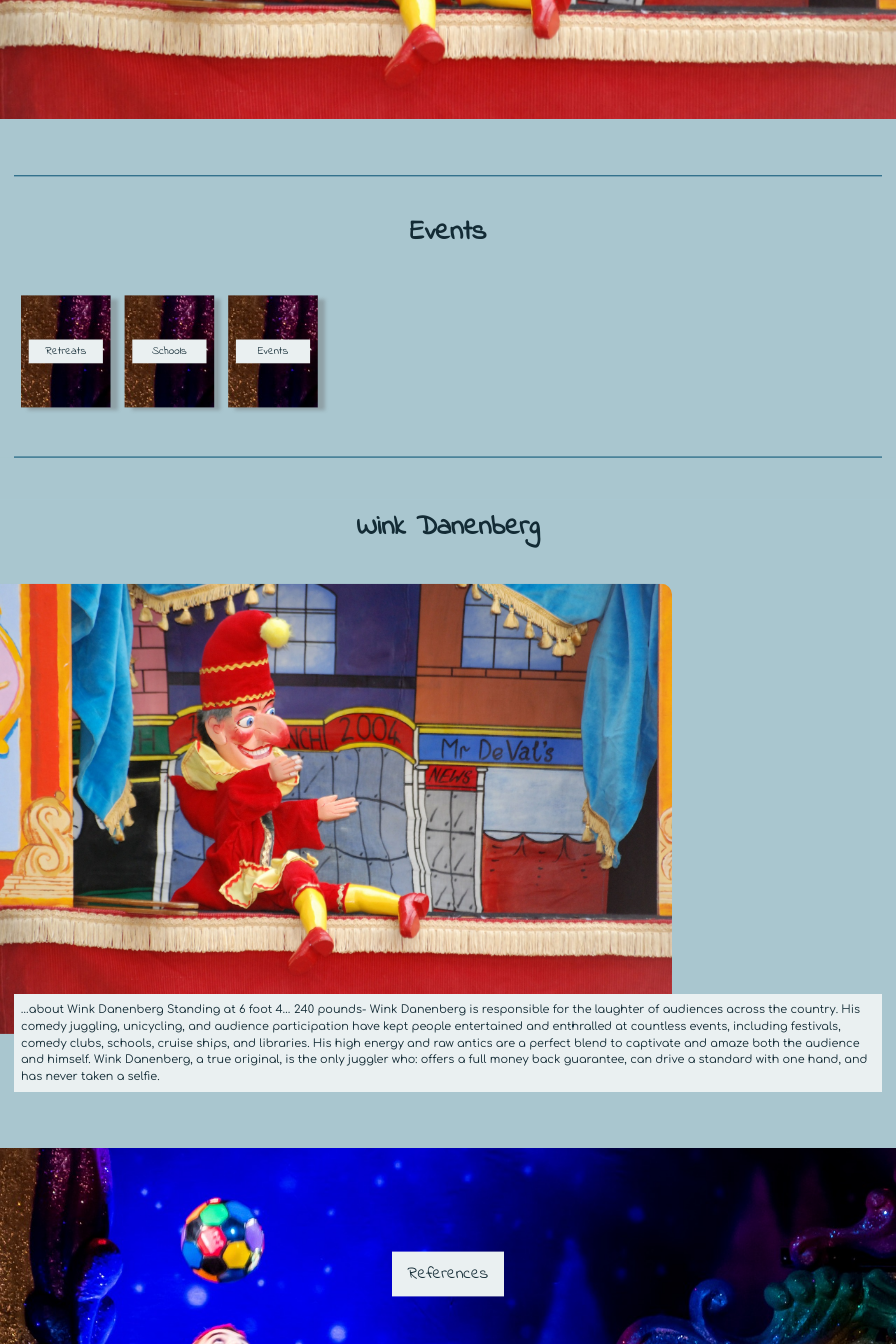
Repository: Sbethm/wink
Page: index.html
The author's editor kept a copy of each file at every save. The page is drawn from the files as they stood at one save, then again after a run of saves.
The browser window is 1280 px wide. The pictures show the part of the page from y = 550 to 2470 px (the page is 5486 px tall before and 5484 px after), at 70% of full size.
The style sheet was rebuilt from its Sass, Less or Tailwind sources for each picture, by a compiler version that may differ from the author's.

Above is the page before, as saved 2021-08-31 12:59:21.

### index.html
<!DOCTYPE html>
<html lang="en">
<head>
    <meta charset="UTF-8">
    <meta http-equiv="X-UA-Compatible" content="IE=edge">
    <meta name="viewport" content="width=device-width, initial-scale=1.0">
    <link rel="preconnect" href="https://fonts.googleapis.com">
    <link rel="preconnect" href="https://fonts.gstatic.com" crossorigin>
    <link href="https://fonts.googleapis.com/css2?family=Acme&family=Comfortaa:wght@400;500;600;700&family=Indie+Flower&display=swap" rel="stylesheet">
    <!--
        font-family: 'Acme', sans-serif;
        font-family: 'Comfortaa', cursive;
        font-family: 'Indie Flower', cursive;
    -->

    <link rel="stylesheet" href="./CSS/main.css">
    <title>Document</title>
</head>
<body>
    <header id="headerBg">
        <h1 id="logo">Wink</h1>
        <div class="menu--btn">
            <ul class="menu">
                <li class="menu--item">Shows</li>
                <li class="menu--item">Wink</li>
                <li class="menu--item">Calender</li>
                <li class="menu--item">Contact</li>
            </ul>
        </div>
    </header>
    <main>
        <section class="main--slideshow">
            <!--images are set on automatic slide-->
                <img src="./img/img1.jpg" alt="" id="slide--img">
                <img src="./img/img2.jpg" alt="" id="slide--img">
                <img src="./img/img3.jpg" alt="" id="slide--img">
            <div class="slideshow--quote">Comedy for the Whole Family!</div>
        </section>
        <!--EVENTS-
            Description of Wink's shows. What does he do? Who are the shows geared towards? etc.-->
        <section class="event">
            <div class="container container--event">
                <h2 class="heading--center">Events</h2>
                <div class="event--slideshow">
                    <!--each div is set on a swipe slide-->
                    <a href=""><div class="event--retreats event--slide">
                        <p class="event--type">Retreats</p>
                    </div></a>
                    <a href=""><div class="event--schools event--slide">
                        <p class="event--type">Schools</p>
                    </div></a>
                    <a href=""><div class="event--events event--slide">
                        <p class="event--type">Events</p>
                    </div></a>
                </div>
            </div>
        </section>
         <!--WINK-
            Who is Wink? A little about Wink and his past experience as a showman -->
        <section class="wink">
            <div class="container container--wink">
                <h2 class="heading--center">Wink Danenberg</h2>
                <div class="img--container">
                    <img src="./img/img2.jpg" alt="" class="img--set--left">
                </div>
                <p class="text--full--center">
                    …about Wink Danenberg
                    Standing at 6 foot 4… 240 pounds- Wink Danenberg is responsible for the laughter of audiences  across the country. His comedy juggling, unicycling, and audience participation have kept people  entertained and enthralled at countless events, including festivals, comedy clubs, schools, cruise
                    ships, and libraries. His high energy and raw antics are a perfect blend to captivate and amaze  both the audience and himself. Wink Danenberg, a true original, is the only juggler who: offers a  full money back guarantee, can drive a standard with one hand, and has never taken a selfie.
                </p>
            </div>
        </section>
         <!--REFERENCES-
            A section with a link to references for Wink's shows-->
        <section class="references cover">
            <button class="reference--btn">References</button>
        </section>
         <!--EXPERIENCE HIGHLIGHTS-
            A section that shows some of the highlights of his experience-->
        <section class="experience">
            <div class="container container--experience">
                <h2 class="heading--center">Highlights</h2>
                <div class="experience--block">
                    <div class="img--container">
                        <img src="./img/img2.jpg" alt="" class="img--set--right">
                    </div>
                    <p class="text--small--center">As Seen on Letter Man!</p>
                </div>
                <div class="experience--block">
                    <div class="img--container">
                        <img src="./img/img2.jpg" alt="" class="img--set--left">
                    </div>
                    <p class="text--small--center">As Seen on Letter Man!</p>
                </div>
                <div class="experience--block">
                    <div class="img--container">
                        <img src="./img/img2.jpg" alt="" class="img--set--right">
                    </div>
                    <p class="text--small--center">As Seen on Letter Man!</p>
                </div>
            </div>
        </section>
         <!--CONTACT-
            email and (maybe) phone information about how to contact Wink-->
        <section class="contact cover">
            <button class="contact--btn">Contact</button>
        </section>
    </main>
    <footer></footer>
    <script src="./JS/main.js"></script>
</body>
</html>

### JS/main.js
//
const slides = document.querySelectorAll('#slide--img');
const headerBg = document.getElementById('headerBg');
const logo = document.getElementById('logo');

//CHANGING HEADER ON SCROLL
window.onscroll = function() {
    if (window.scrollY > 130) {
        headerBg.style.background = 'none';
        headerBg.style.borderBottom = 'solid 1px aliceblue';
        logo.style.color = 'aliceblue';
    } else {
        headerBg.style.background = 'aliceblue';
        headerBg.style.borderBottom = 'solid 1px rgb(13, 81, 139)';
        logo.style.color = 'rgb(13, 81, 139)';
    }
  }

//INDEX MAIN SLIDESHOW
setInterval(nextImg, 4000);

let currentImg = 0;
slides[currentImg].style.opacity = 1;

function nextImg() {
    slides[currentImg].style.opacity = 0;
    currentImg = (currentImg + 1) % slides.length;
    slides[currentImg].style.opacity = 1;
}

### SCSS/main.scss
@import "./resets", "./variables";


//GENERAL STYLING
body{
    width: 100vw;
    background-color: $bgColor1;
    overflow-x: hidden;
}

section {
    width: 100vw;
    height: fit-content;
    background-color: $bgColor1;
    color: $accentColor1;
    font-family: $mainFont;
    font-size: 1rem;
}

.container {
    margin: 60px 20px;
    padding: 60px 0;
    width: calc(100vw - 40px);
    background-color: $bgColor1;
    border-top: solid 2px $accentColor2;
    border-bottom: solid 2px $accentColor2;
}

.heading--center {
    padding-bottom: 60px;
    width: 100%;
    font-family: $accentFont;
    font-size: 2.5rem;
    text-align: center;
}

a {
    text-decoration: none;
}

p {
    font-family: $mainFont;
    font-size: 1rem;
    line-height: 1.5rem;
}

.img--set--left {
    width: 75vw;
    position: relative;
    left: -20px;
    z-index: 1;
    border-radius: 0 15px 15px 0;
}

.img--set--right {
    width: 75vw;
    position: relative;
    right: -60px;
    z-index: 1;
    border-radius: 15px 0 0 15px;
}

//HEADER AND MAIN SLIDESHOW
header {
    position: fixed;
    top: 0;
    height: 4rem;
    width: 100vw;
    padding: 1rem;
    z-index: 9;
    overflow: hidden;
    background: aliceblue;
    border-bottom: solid 1px rgb(13, 81, 139);
    transition: all 0.50s ease-in;
    box-sizing: border-box;

    & h1 {
        font-family: $accentFont;
        font-size: 2rem;
        color: rgb(13, 81, 139);
        transition: all 0.50s ease-in;
    }
}

.menu--item{
    display: none;
}

.main--slideshow {
    height: 100vh;
    width: 100vw;
    background-color: #000;
}

#slide--img {
    position: absolute;
    top: 0;
    left: 0;
    width: 100%;
    height: 100%;
    object-fit: cover;
    overflow: hidden;
    opacity: 0;
    transition: all 0.75s ease-in;
    z-index: 0;
}

.slideshow--quote {
    position: absolute;
    top: calc(100vh - 75vh);
    width: 100vw;
    font-size: 5rem;
    font-family: $headerFont;
    font-weight: 800;
    color: aliceblue;
    text-align: center;
}

//EVENTS
.event{
    padding-top: 20px;
}

.event--slideshow {
    display: flex;
    flex-direction: row;
    overflow: scroll;

    & .event--slide {
        margin: 10px;
        width: 8rem;
        height: 10rem;
        display: grid;
        background-image: url(../img/img1.jpg);
        box-shadow: 10px 5px 5px rgba(100, 100, 100, 0.377);
        grid-template-columns: 100%;
        justify-items: center;
        align-items: center;

        & .event--type {
            padding: 5px;
            width: 75%;
            background-color: $bgColor2;
            font-family: $accentFont;
            color: $accentColor1;
            text-align: center;
        }
    }
}

//ABOUT WINK
.container--wink {
    margin: 0 20px;
    padding: 20px 0;
    border: hidden;
}

.text--full--center {
    position: relative;
    padding: 10px;
    top: -60px;
    z-index: 2;
    background-color: $bgColor2;
}

//REFERENCES and CONTACT
.cover {
    width: 100vw;
    height: 50vh;
    display: flex;
    justify-content: center;
    align-items: center;
    background-image: url(../img/img1.jpg);

    & button {
        width: 10rem;
        height: 4rem;
        font-family: $accentFont;
        font-size: 1.5rem;
        color: $accentColor1;
        background-color: $bgColor2;
        border: hidden;
    }
}

//EXPERIENCE HIGHLIGHTS
.container--experience{
    border-top: hidden;
    border-bottom: hidden;
}

.text--small--center{
    width: 75%;
    height: 5rem;
    margin: 0 10%;
    padding: 10px;
    position: relative;
    top: -60px;
    z-index: 2;
    background-color: $bgColor2;
    text-align: center;
    line-height: 5rem;
}

//CONTACT *see references

### SCSS/_variables.scss
//FONTS
$headerFont: 'Acme', sans-serif;
$accentFont: 'Indie Flower', cursive;
$mainFont: 'Comfortaa', cursive;

//COLORS
// $bgColor1: rgb(207, 184, 169);
// $bgColor2: rgb(241, 237, 234);
// $accentColor1: rgb(53, 33, 19);
// $accentColor2: rgb(83, 50, 27);
$bgColor1: rgb(169, 198, 207);
$bgColor2: rgb(234, 240, 241);
$accentColor1: rgb(19, 43, 53);
$accentColor2: rgb(51, 114, 141);

Loaded but not shown: SCSS/_resets.scss (common file)

After the next 4 saves:
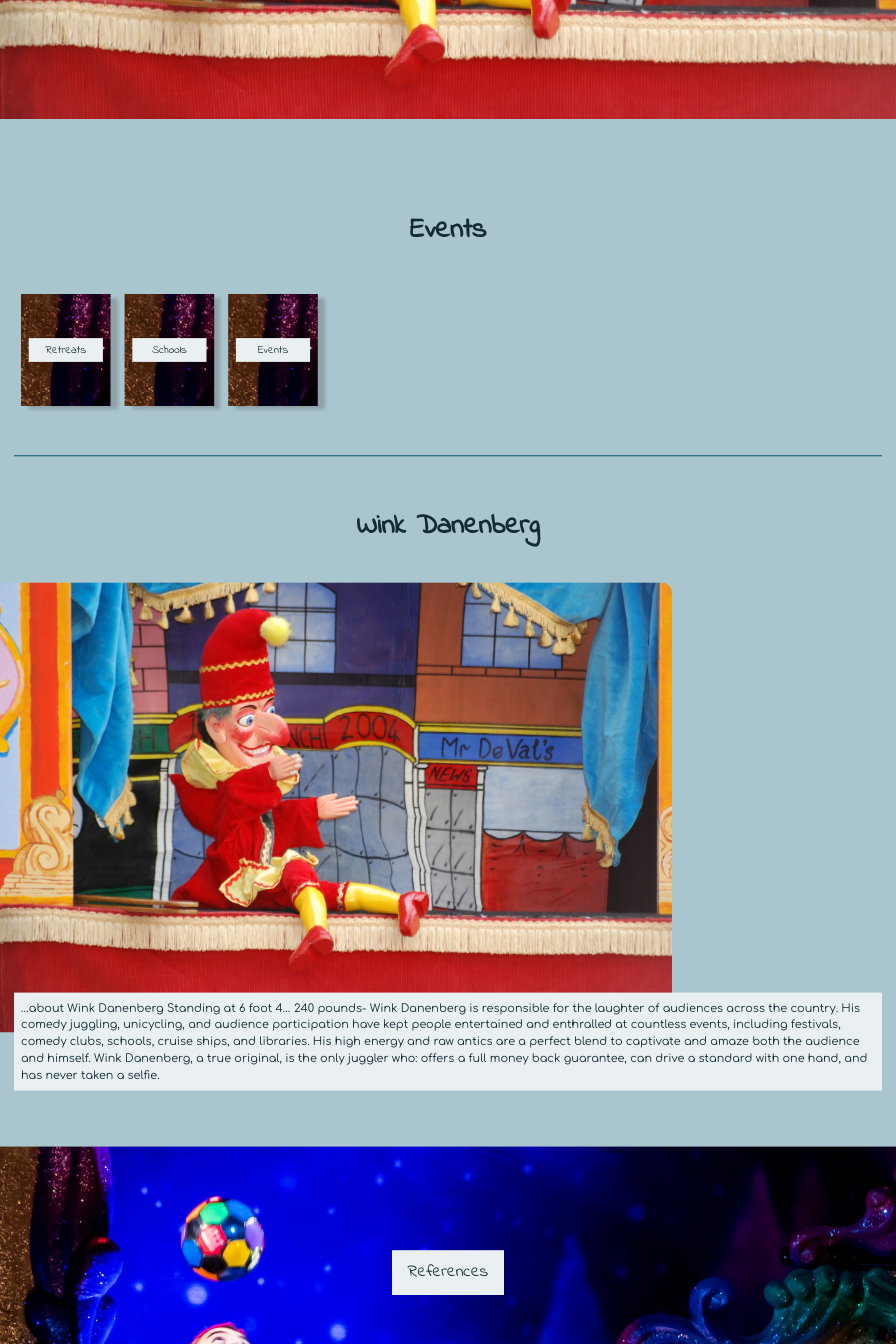
The 4 saves are shown as one change because they came seconds apart.
The last was saved 41 s later.
--- a/SCSS/main.scss
+++ b/SCSS/main.scss
@@ -121,6 +121,10 @@
     padding-top: 20px;
 }
 
+.container--event {
+    border-top: hidden;
+}
+
 .event--slideshow {
     display: flex;
     flex-direction: row;

After the save that followed:
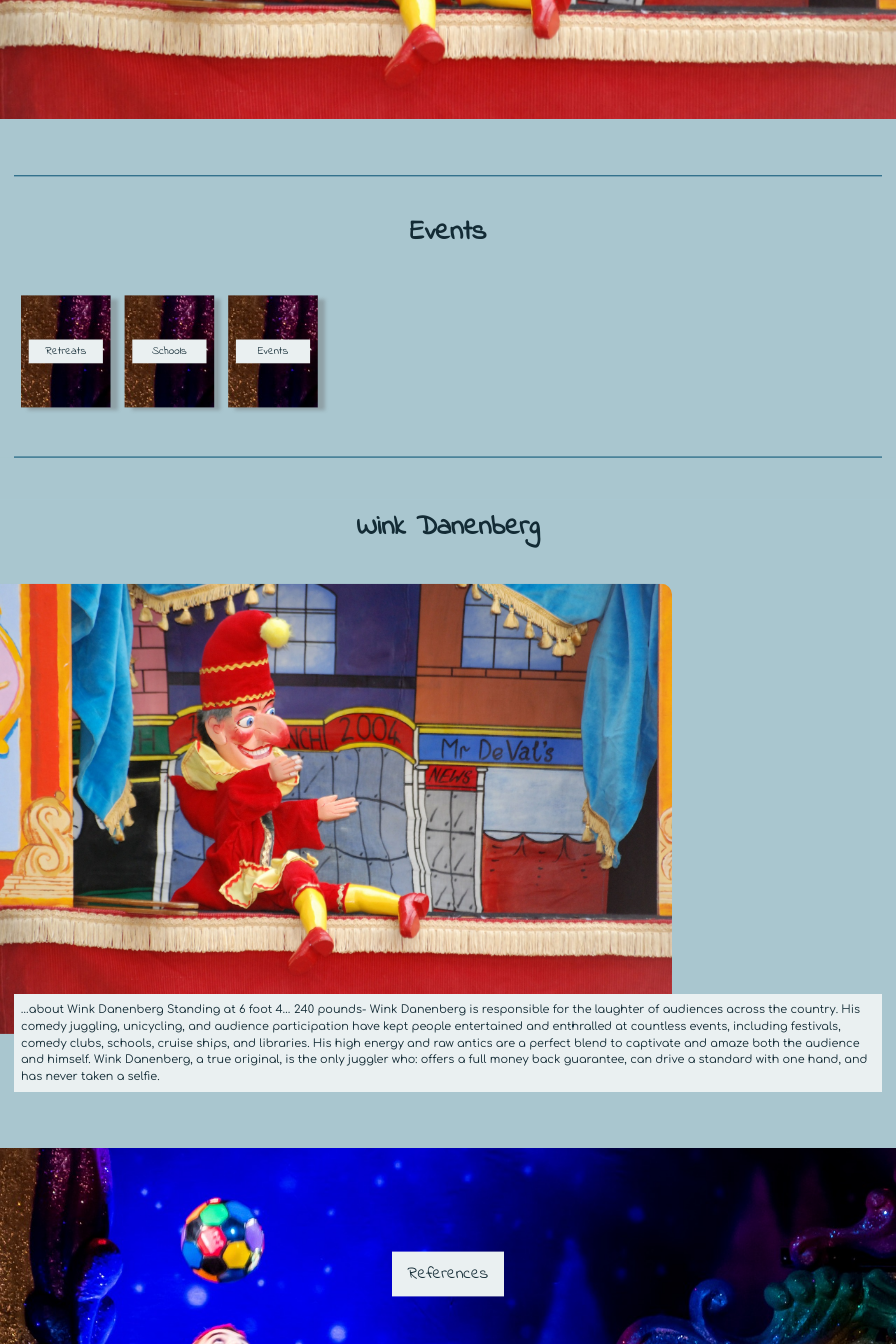
Saved 13 s later.
--- a/SCSS/main.scss
+++ b/SCSS/main.scss
@@ -121,10 +121,6 @@
     padding-top: 20px;
 }
 
-.container--event {
-    border-top: hidden;
-}
-
 .event--slideshow {
     display: flex;
     flex-direction: row;
